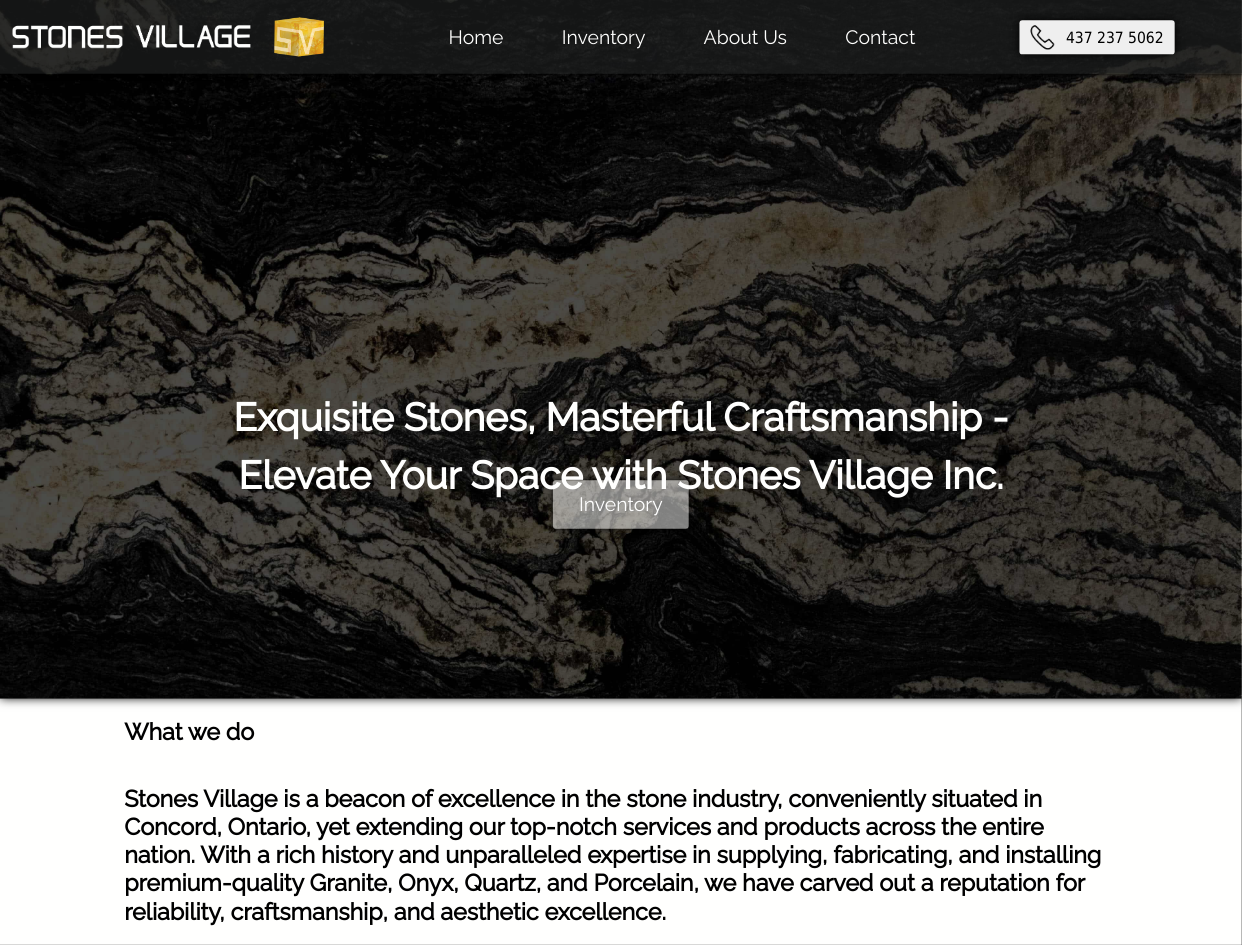
Repository: shayanabedi98/Stones-Village
Page: index.html
These files come from the project's save history. The page is drawn as it stood at one moment and after the next save; the edit follows.
The browser window is 1280 px wide. The pictures show the whole page, at 97% of full size.
Backgrounds fixed to the window are drawn as part of the page.

Above is the page before, as saved 2023-10-22 16:14:13.

After the next save:
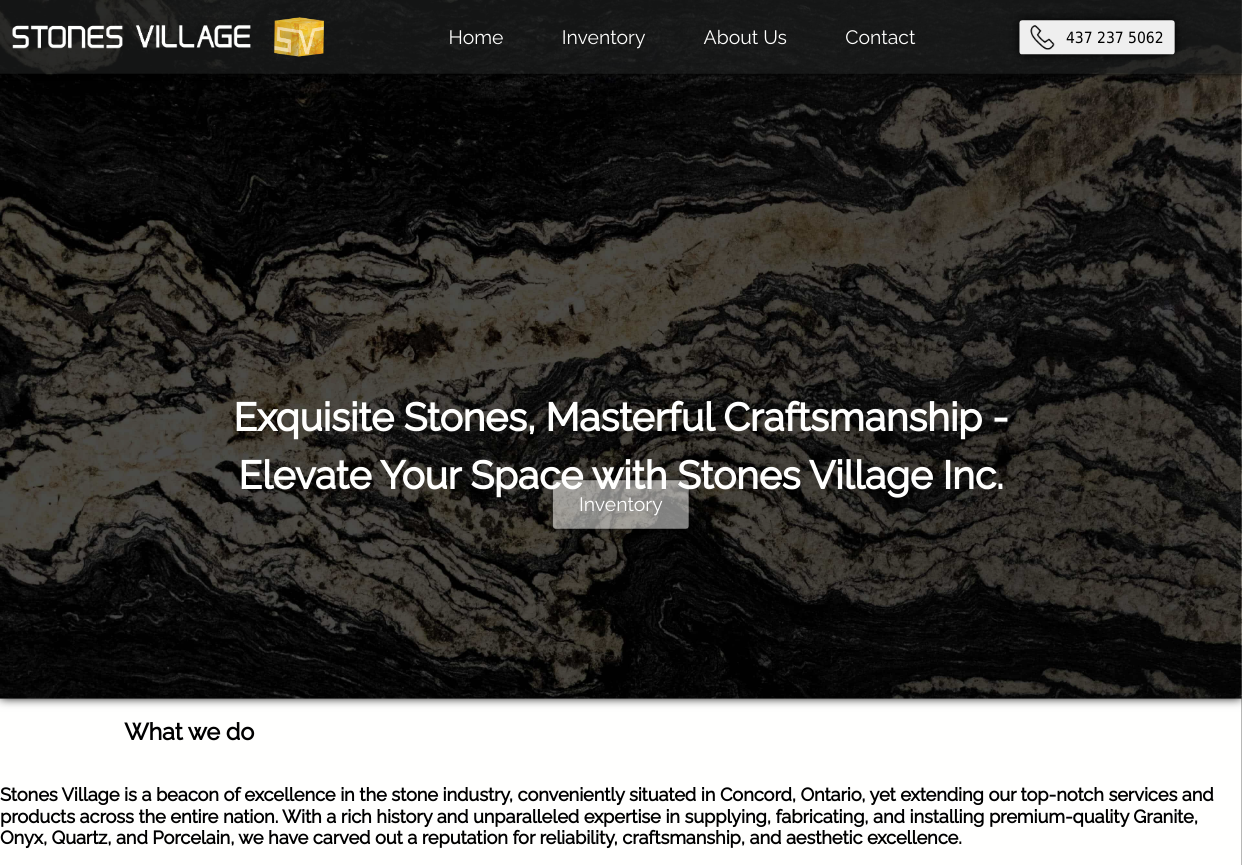
Saved 12 s later.
--- a/index.html
+++ b/index.html
@@ -40,7 +40,7 @@
         </div>
         <div class="services-container">
             <h2>What we do</h2>
-            <h2>Stones Village is a beacon of excellence in the stone industry, conveniently situated in Concord, Ontario, yet extending our top-notch services and products across the entire nation. With a rich history and unparalleled expertise in supplying, fabricating, and installing premium-quality Granite, Onyx, Quartz, and Porcelain, we have carved out a reputation for reliability, craftsmanship, and aesthetic excellence.</h2>
+            <h3>Stones Village is a beacon of excellence in the stone industry, conveniently situated in Concord, Ontario, yet extending our top-notch services and products across the entire nation. With a rich history and unparalleled expertise in supplying, fabricating, and installing premium-quality Granite, Onyx, Quartz, and Porcelain, we have carved out a reputation for reliability, craftsmanship, and aesthetic excellence.</h3>
             <div class="card">
 
             </div>
